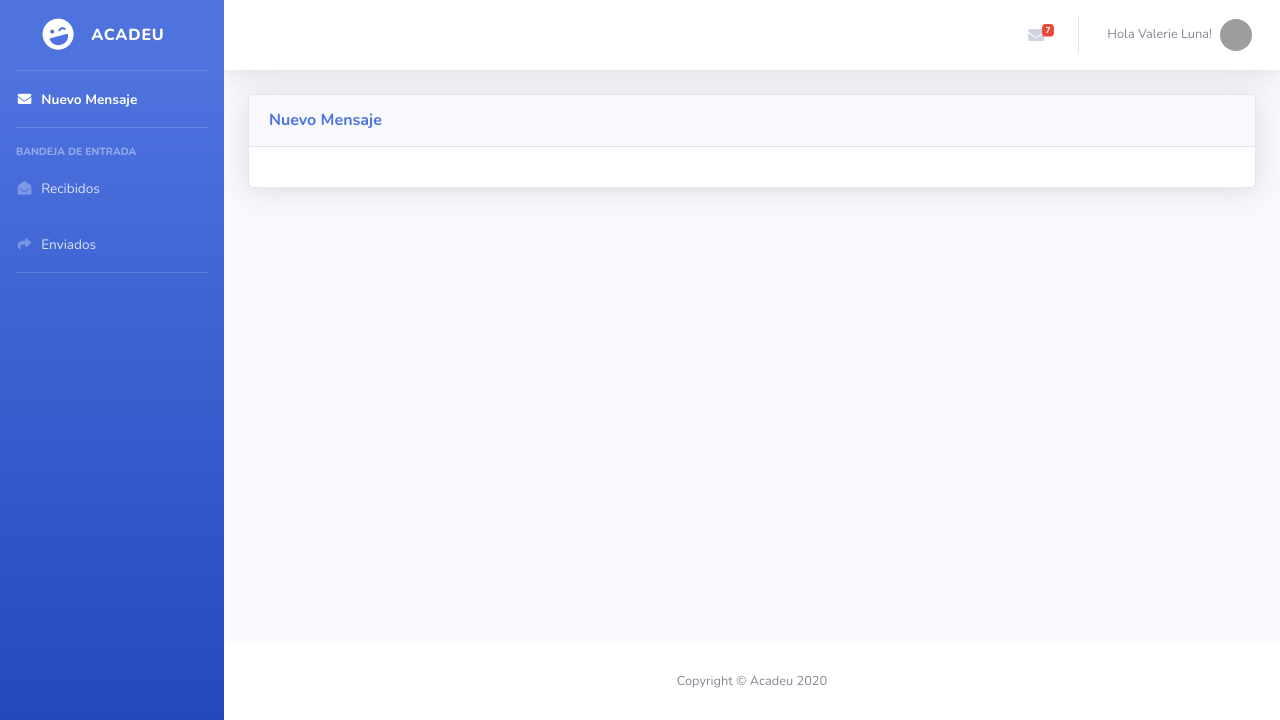
Repository: nicolask92/spring_java_test
Page: http://localhost/nuevo-mensaje
An editor plug-in stored every save of this project. The page is shown before and after the next save, followed by the edit.
The browser window is 1280 px wide. The pictures show the whole page.
Pictures or frames that could not be fetched are drawn as grey boxes. The page is this project's Thymeleaf template; nobody is signed in. Other server files are loaded and not shown. The template is opened directly, without the code that normally fills it, so the values that code supplies are empty.

Above is the page before, as saved 2020-06-13 21:29:04.

### spring-tutorial/src/main/resources/templates/nuevo-mensaje.html
<!DOCTYPE html>
<html xmlns:th="http://www.thymleaf.org">
<head>
<meta charset="utf-8" />
<meta http-equiv="X-UA-Compatible" content="IE=edge" />
<meta name="viewport"
	content="width=device-width, initial-scale=1, shrink-to-fit=no" />
<meta name="description" content="" />
<meta name="author" content="Nicolas Kloster" />

<title>Nuevo Mensaje</title>

<!-- Custom fonts for this template-->
<link th:href="@{/vendor/fontawesome-free/css/all.min.css}"
	rel="stylesheet" type="text/css" />
<link
	href="https://fonts.googleapis.com/css?family=Nunito:200,200i,300,300i,400,400i,600,600i,700,700i,800,800i,900,900i"
	rel="stylesheet" />

<!-- Custom styles for this template-->
<link th:href="@{/css/sb-admin-2.min.css}" rel="stylesheet" />

<!-- Custom styles for this page -->
<link th:href="@{/vendor/datatables/dataTables.bootstrap4.min.css}"
	rel="stylesheet">
</head>
<body id="page-top">

	<!-- Page Wrapper -->
	<div id="wrapper">

		<!-- Sidebar -->
		<ul
			class="navbar-nav bg-gradient-primary sidebar sidebar-dark accordion"
			id="accordionSidebar">

			<!-- Sidebar - Brand -->
			<a
				class="sidebar-brand d-flex align-items-center justify-content-center"
				href="index.html">
				<div class="sidebar-brand-icon rotate-n-15">
					<i class="fas fa-laugh-wink"></i>
				</div>
				<div class="sidebar-brand-text mx-3">Acadeu</div>
			</a>

			<!-- Divider -->
			<hr class="sidebar-divider my-0">

			<!-- Nuevo Mensaje-->
			<li class="nav-item active"><a class="nav-link" th:href="@{/nuevo_mensaje}">
					<i class="fas fa-fw fa-envelope"></i> <span>Nuevo Mensaje</span>
			</a></li>

			<!-- Divider -->
			<hr class="sidebar-divider">

			<!-- Titulo Mensajes Barra Lateral -->
			<div class="sidebar-heading">Bandeja de Entrada</div>

			<!-- Recibidos y Enviados -->
			<li class="nav-item"><a class="nav-link" th:href="@{/index}"> <i
					class="fas fa-fw fa-envelope-open"></i> <span>Recibidos</span>
			</a></li>


			<li class="nav-item"><a class="nav-link collapsed" th:href="@{/enviados}">
					<i class="fas fa-fw fa-share"></i> <span>Enviados</span>
			</a></li>

			<!-- Divider -->
			<hr class="sidebar-divider">


		</ul>
		<!-- End of Sidebar -->

		<!-- Content Wrapper -->
		<div id="content-wrapper" class="d-flex flex-column">

			<!-- Main Content -->
			<div id="content">

				<!-- Topbar -->
				<nav
					class="navbar navbar-expand navbar-light bg-white topbar mb-4 static-top shadow">

					<!-- Sidebar Toggle (Topbar) -->
					<button id="sidebarToggleTop"
						class="btn btn-link d-md-none rounded-circle mr-3">
						<i class="fa fa-bars"></i>
					</button>


					<!-- Topbar Navbar -->
					<ul class="navbar-nav ml-auto">


						<!-- Alertas Mensajes-->

						<li class="nav-item dropdown no-arrow mx-1"><a
							class="nav-link dropdown-toggle" href="#" id="messagesDropdown"
							role="button" data-toggle="dropdown" aria-haspopup="true"
							aria-expanded="false"> <i class="fas fa-envelope fa-fw"></i>
								<!-- Counter - Messages --> <span
								class="badge badge-danger badge-counter">7</span>
						</a> <!-- Dropdown - Messages -->
							<div
								class="dropdown-list dropdown-menu dropdown-menu-right shadow animated--grow-in"
								aria-labelledby="messagesDropdown">
								<h6 class="dropdown-header">Message Center</h6>
								<a class="dropdown-item d-flex align-items-center" href="#">
									<div class="dropdown-list-image mr-3">
										<img class="rounded-circle"
											src="https://source.unsplash.com/fn_BT9fwg_E/60x60" alt="">
										<div class="status-indicator bg-success"></div>
									</div>
									<div class="font-weight-bold">
										<div class="text-truncate">Hi there! I am wondering if
											you can help me with a problem I've been having.</div>
										<div class="small text-gray-500">Emily Fowler · 58m</div>
									</div>
								</a> <a class="dropdown-item d-flex align-items-center" href="#">
									<div class="dropdown-list-image mr-3">
										<img class="rounded-circle"
											src="https://source.unsplash.com/AU4VPcFN4LE/60x60" alt="">
										<div class="status-indicator"></div>
									</div>
									<div>
										<div class="text-truncate">I have the photos that you
											ordered last month, how would you like them sent to you?</div>
										<div class="small text-gray-500">Jae Chun · 1d</div>
									</div>
								</a> <a class="dropdown-item d-flex align-items-center" href="#">
									<div class="dropdown-list-image mr-3">
										<img class="rounded-circle"
											src="https://source.unsplash.com/CS2uCrpNzJY/60x60" alt="">
										<div class="status-indicator bg-warning"></div>
									</div>
									<div>
										<div class="text-truncate">Last month's report looks
											great, I am very happy with the progress so far, keep up the
											good work!</div>
										<div class="small text-gray-500">Morgan Alvarez · 2d</div>
									</div>
								</a> <a class="dropdown-item d-flex align-items-center" href="#">
									<div class="dropdown-list-image mr-3">
										<img class="rounded-circle"
											src="https://source.unsplash.com/Mv9hjnEUHR4/60x60" alt="">
										<div class="status-indicator bg-success"></div>
									</div>
									<div>
										<div class="text-truncate">Am I a good boy? The reason I
											ask is because someone told me that people say this to all
											dogs, even if they aren't good...</div>
										<div class="small text-gray-500">Chicken the Dog · 2w</div>
									</div>
								</a> <a class="dropdown-item text-center small text-gray-500"
									href="#">Read More Messages</a>
							</div></li>

						<div class="topbar-divider d-none d-sm-block"></div>

						<!-- Nav Item - Informacion de Usuario -->
						<li class="nav-item dropdown no-arrow"><a
							class="nav-link dropdown-toggle" href="#" id="userDropdown"
							role="button" data-toggle="dropdown" aria-haspopup="true"
							aria-expanded="false"> <span
								class="mr-2 d-none d-lg-inline text-gray-600 small">Hola
									Valerie Luna!</span> <img class="img-profile rounded-circle"
								src="https://source.unsplash.com/QAB-WJcbgJk/60x60">
						</a> <!-- Dropdown - Logout y Perfil -->
							<div
								class="dropdown-menu dropdown-menu-right shadow animated--grow-in"
								aria-labelledby="userDropdown">
								<a class="dropdown-item" href="#"> <i
									class="fas fa-user fa-sm fa-fw mr-2 text-gray-400"></i> Perfil
								</a>
								<div class="dropdown-divider"></div>
								<a class="dropdown-item" href="#" data-toggle="modal"
									data-target="#logoutModal"> <i
									class="fas fa-sign-out-alt fa-sm fa-fw mr-2 text-gray-400"></i>
									Cerrar Sesion
								</a>
							</div></li>

					</ul>

				</nav>
				<!-- Termina la barra superior -->

				<!-- Begin Page Content -->
				<div class="container-fluid">



					<!-- Mensajes -->
					<div class="card shadow mb-4">
						<div class="card-header py-3">
							<h6 class="m-0 font-weight-bold text-primary">Nuevo Mensaje</h6>
						</div>
						<div class="card-body">

						</div>
					</div>

				</div>
				<!-- /.container-fluid -->

			</div>
			<!-- End of Main Content -->

			<!-- Footer -->
			<footer class="sticky-footer bg-white">
				<div class="container my-auto">
					<div class="copyright text-center my-auto">
						<span>Copyright &copy; Acadeu 2020</span>
					</div>
				</div>
			</footer>
			<!-- End of Footer -->

		</div>
		<!-- End of Content Wrapper -->

	</div>
	<!-- End of Page Wrapper -->

	<!-- Scroll to Top Button-->
	<a class="scroll-to-top rounded" href="#page-top"> <i
		class="fas fa-angle-up"></i>
	</a>



	<!-- Bootstrap core JavaScript-->
	<script th:src="@{/vendor/jquery/jquery.min.js}"></script>
	<script th:src="@{/vendor/bootstrap/js/bootstrap.bundle.min.js}"></script>

	<!-- Core plugin JavaScript-->
	<script th:src="@{/vendor/jquery-easing/jquery.easing.min.js}"></script>

	<!-- Custom scripts for all pages-->
	<script th:src="@{/js/sb-admin-2.min.js}"></script>

	<!-- Page level plugins -->
	<script th:src="@{/vendor/datatables/jquery.dataTables.min.js}"></script>
	<script th:src="@{/vendor/datatables/dataTables.bootstrap4.min.js}"></script>

	<!-- Page level custom scripts -->
	<script th:src="@{/js/demo/datatables-demo.js}"></script>

	<script>

	</script>

</body>
</html>

### spring-tutorial/src/main/resources/static/js/demo/datatables-demo.js
// Call the dataTables jQuery plugin
$(document).ready(function() {
  $('#dataTable').DataTable({
		"language": {
		      "url": "//cdn.datatables.net/plug-ins/1.10.15/i18n/Spanish.json"
		    }
  });
});

Loaded but not shown: spring-tutorial/src/main/resources/static/css/sb-admin-2.min.css (library); spring-tutorial/src/main/resources/static/js/sb-admin-2.min.js (common file)

After the next save:
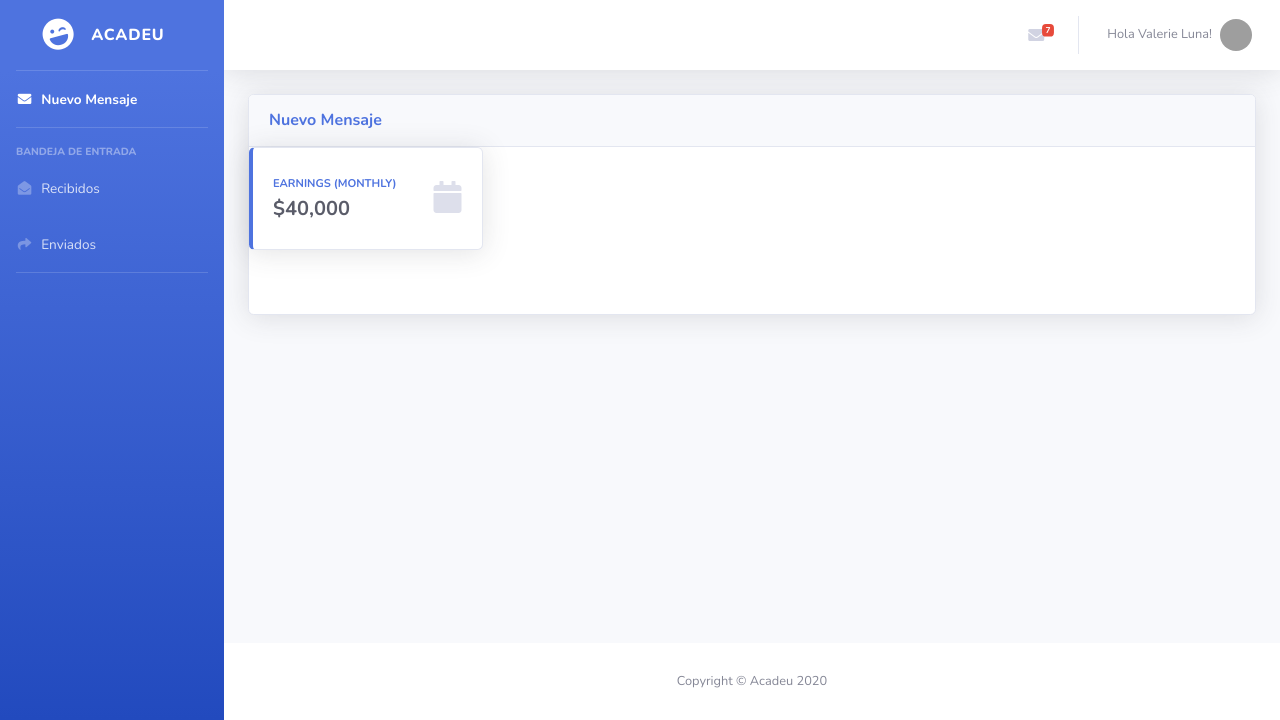
Saved 2 min 54 s later.
--- a/spring-tutorial/src/main/resources/templates/nuevo-mensaje.html
+++ b/spring-tutorial/src/main/resources/templates/nuevo-mensaje.html
@@ -199,6 +199,23 @@
 						<div class="card-header py-3">
 							<h6 class="m-0 font-weight-bold text-primary">Nuevo Mensaje</h6>
 						</div>
+						<div class="row">
+							<div class="col-xl-3 col-md-6 mb-4">
+				              <div class="card border-left-primary shadow h-100 py-2">
+				                <div class="card-body">
+				                  <div class="row no-gutters align-items-center">
+				                    <div class="col mr-2">
+				                      <div class="text-xs font-weight-bold text-primary text-uppercase mb-1">Earnings (Monthly)</div>
+				                      <div class="h5 mb-0 font-weight-bold text-gray-800">$40,000</div>
+				                    </div>
+				                    <div class="col-auto">
+				                      <i class="fas fa-calendar fa-2x text-gray-300"></i>
+				                    </div>
+				                  </div>
+				                </div>
+				              </div>
+				            </div>
+						</div>
 						<div class="card-body">
 
 						</div>
